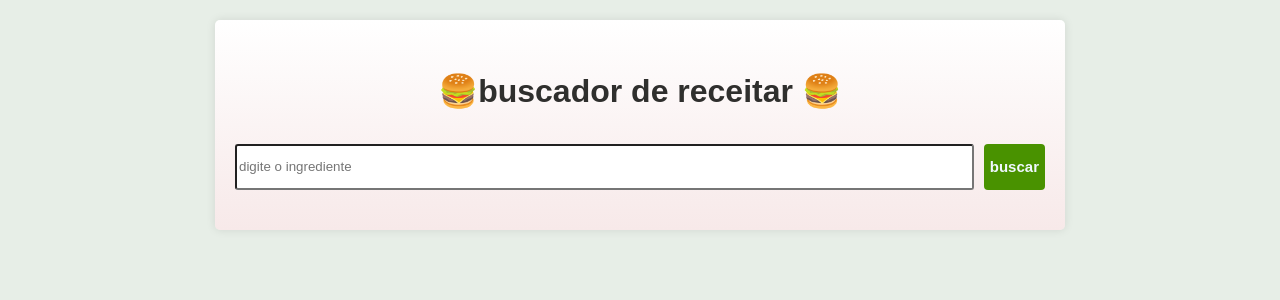
Repository: RoneT9/Receitas
Page: receita.html
An editor plug-in stored every save of this project. The page is shown before and after the next save, followed by the edit.
The browser window is 1280 px wide. The pictures show the whole page.

Above is the page before, as saved 2026-02-09 22:47:47.

After the next save:
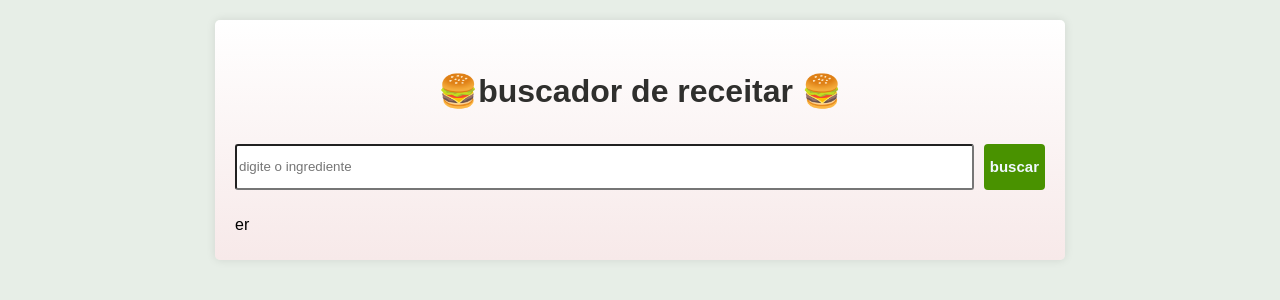
Saved 43 h 0 min later.
--- a/receita.html
+++ b/receita.html
@@ -13,7 +13,7 @@
         <input type="text" placeholder="digite o ingrediente" class="seach-ipunt" />
         <button class="btn" type="submit">buscar</button>
       </form>
-      <div class="loading"></div>
+      <div class="loading">er</div>
       <div class="recipe-list"></div>
       <div class="recipe- details"></div>
     </main>
